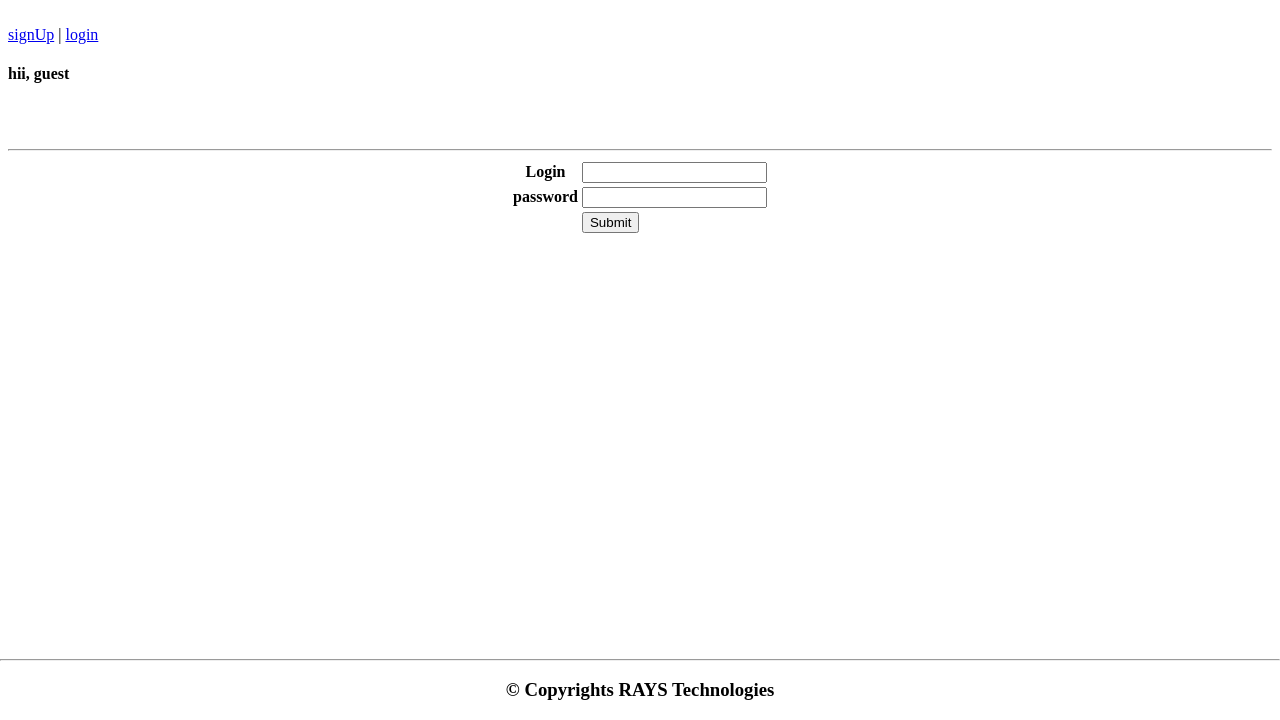
Repository: Kirtisingh1109/Core-Java-8-10
Page: http://localhost/Dynamic1/LoginView.jsp
These files come from the project's save history. The page is drawn as it stood at one moment and after the next save; the edit follows.
The browser window is 1280 px wide. The pictures show the whole page.
The page is served by Tomcat 9. Other server files are loaded and not shown.

Above is the page before, as saved 2024-03-16 11:11:30.

### AdvanceProject/Dynamic1/WebContent/LoginView.jsp
<%@ page language="java" contentType="text/html; charset=ISO-8859-1"
	pageEncoding="ISO-8859-1"%>
<!DOCTYPE html>
<html>
<head>
<meta charset="ISO-8859-1">
<title>Insert title here</title>
</head>
<body>
	<%@ include file="Header.jsp"%>
	<center>

		<%
			String succ = (String) request.getAttribute("succ");
		%>
		<form action="LoginCtl" method="post">
			<%
				if (succ != null) {
			%>
			<%=succ%>
			<%
				}
			%>

			<table>
				<tr>
					<th>Login</th>
					<td><input type="email" name="loginId"></td>
				</tr>
				<tr>
					<th>password</th>
					<td><input type="password" name="password"></td>
				</tr>
				<tr>
					<th></th>
					<td><input type="submit"></td>
				</tr>
			</table>

		</form>

	</center>
	<%@ include file="Footer.jsp"%>
</body>
</html>

### AdvanceProject/Dynamic1/WebContent/Header.jsp
<%@page import="com.rays.bean.UserBean"%>
<%@ page language="java" contentType="text/html; charset=ISO-8859-1"
	pageEncoding="ISO-8859-1"%>
<!DOCTYPE html>
<html>
<head>
<meta charset="ISO-8859-1">
<title>Insert title here</title>
</head>
<body>
	<%
		UserBean user = (UserBean) session.getAttribute("user");
		String msg = "hii, ";
		if (user != null) {

			msg += user.getFirstName() + " " + user.getLastName();

		} else {

			msg += "guest";

		}
	%>
	<br>
	<a href="UserRegistration.jsp">signUp</a> |
	<%
		if (user != null) {
	%>
	<a href="UserListCtl">UserList</a> |
	<a href="LoginCtl?operation=logout">logout</a>
	<%
		} else {
	%>
	<a href="LoginCtl">login</a>
	<%
		}
	%>

	<h4><%=msg%></h4>
	<br>
	<br>
	<hr>
</body>
</html>

### AdvanceProject/Dynamic1/WebContent/Footer.jsp
<%@ page language="java" contentType="text/html; charset=ISO-8859-1"
	pageEncoding="ISO-8859-1"%>
<!DOCTYPE html>
<html>
<head>

<style type="text/css">
#footer {
	position: fixed;
	left: 0;
	width: 100%;
	bottom: 0;
	background-color: white;
	color: black;
	text-align: center;
}
</style>

</head>
<body>

	<div id="footer">
		<CENTER>
			<hr>
			<H3>&copy; Copyrights RAYS Technologies</H3>
		</CENTER>
	</div>
</html>

After the next save:
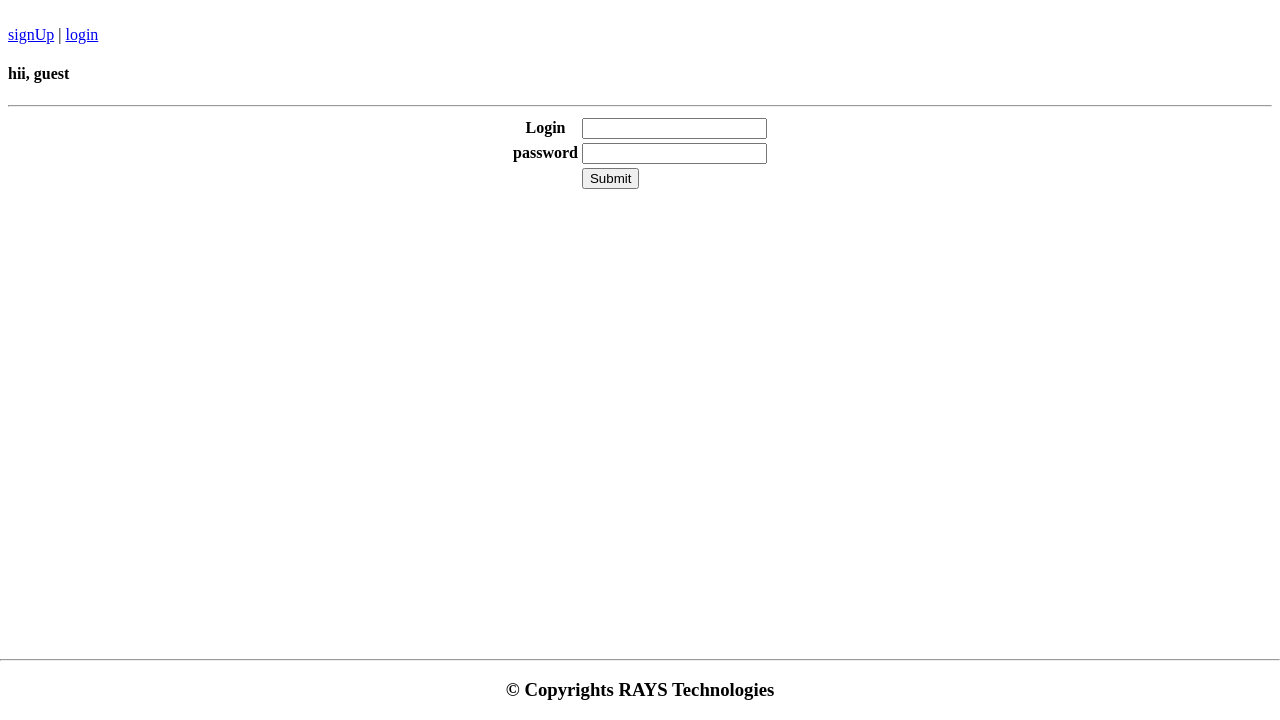
Saved 3 min 56 s later.
--- a/AdvanceProject/Dynamic1/WebContent/Header.jsp
+++ b/AdvanceProject/Dynamic1/WebContent/Header.jsp
@@ -37,8 +37,6 @@
 	%>
 
 	<h4><%=msg%></h4>
-	<br>
-	<br>
 	<hr>
 </body>
 </html>
